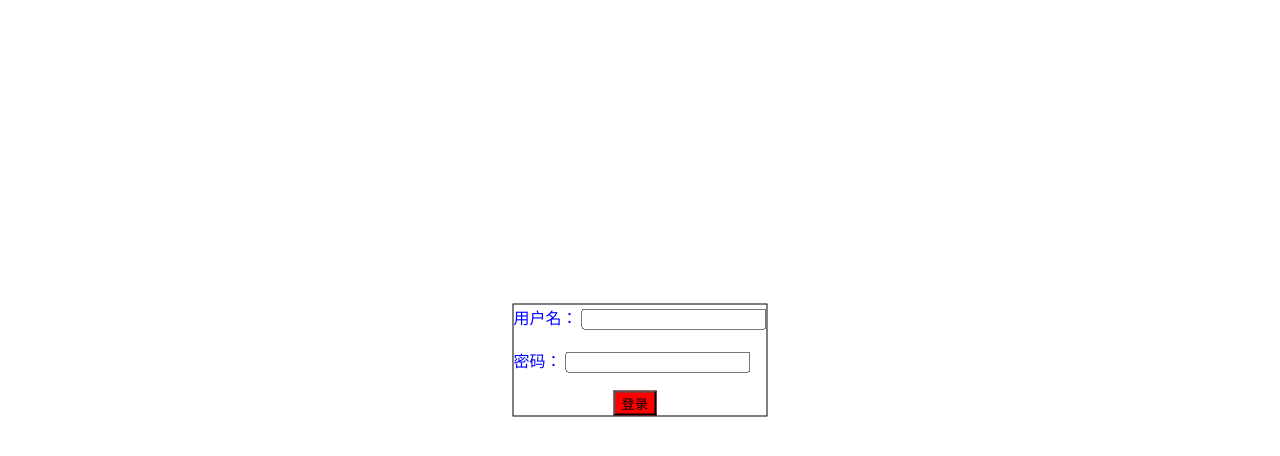
Repository: guirui-li/StudyJavaWeb
Page: http://localhost/JavawebTest/experiment02/login.jsp
The author's editor kept a copy of each file at every save. The page is drawn from the files as they stood at one save, then again after the next save.
The browser window is 1280 px wide. The pictures show the whole page.
The page is served by Tomcat 9. Other server files are loaded and not shown.

Above is the page before, as saved 2019-05-03 06:03:57.

### JavawebTest/WebContent/experiment02/login.jsp
<%@ page language="java" contentType="text/html; charset=UTF-8"
    pageEncoding="UTF-8"%>
<!DOCTYPE html>
<html>
<head>
<meta charset="UTF-8">
<title>login页面</title>
	<style type="text/css">
		body{
			margin: 0;
			padding: 0;
			color: blue;
		}
		label{
			width: 100px;
			text-align: justify;
		}
		#form1{
			border: 1px solid black;
			position:absolute;
			top:50%;
			left:50%;
			transform:translate(-50%,-50%);
		}
		#submit{
			margin-left: 100px;
			background-color: red;
		}
	</style>
</head>
<body>
	<%
		String name=request.getParameter("name");
		String psw=request.getParameter("psw");
		if(name==null||psw==null){
			name="";
			psw="";
		}
	%>
	<form action="dologin.jsp" id="form1" method="post">
		<label>用户名：</label>
			<input type="text" name="name" value="<%=name %>"/>
			<br><br>
		<label>密码：</label>
			<input type="text" name="psw" value="<%=psw %>"/>
			<br><br>
		<input type="submit" name="Submit" value="登录" id="submit"/>
	</form>
</body>
</html>

After the next save:
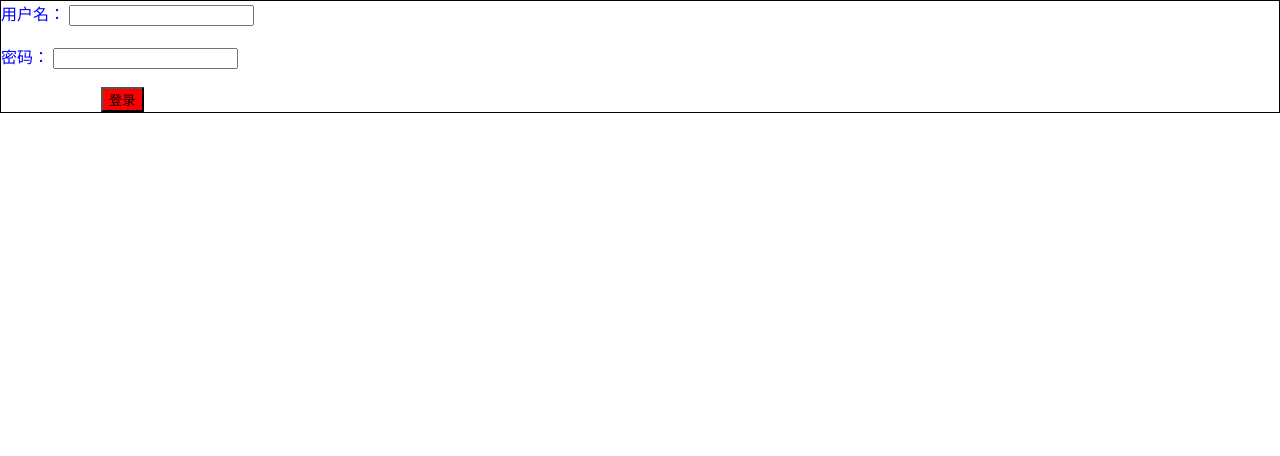
Saved 102 s later.
--- a/JavawebTest/WebContent/experiment02/login.jsp
+++ b/JavawebTest/WebContent/experiment02/login.jsp
@@ -17,10 +17,7 @@
 		}
 		#form1{
 			border: 1px solid black;
-			position:absolute;
-			top:50%;
-			left:50%;
-			transform:translate(-50%,-50%);
+			margin: auto;
 		}
 		#submit{
 			margin-left: 100px;

After the save that followed:
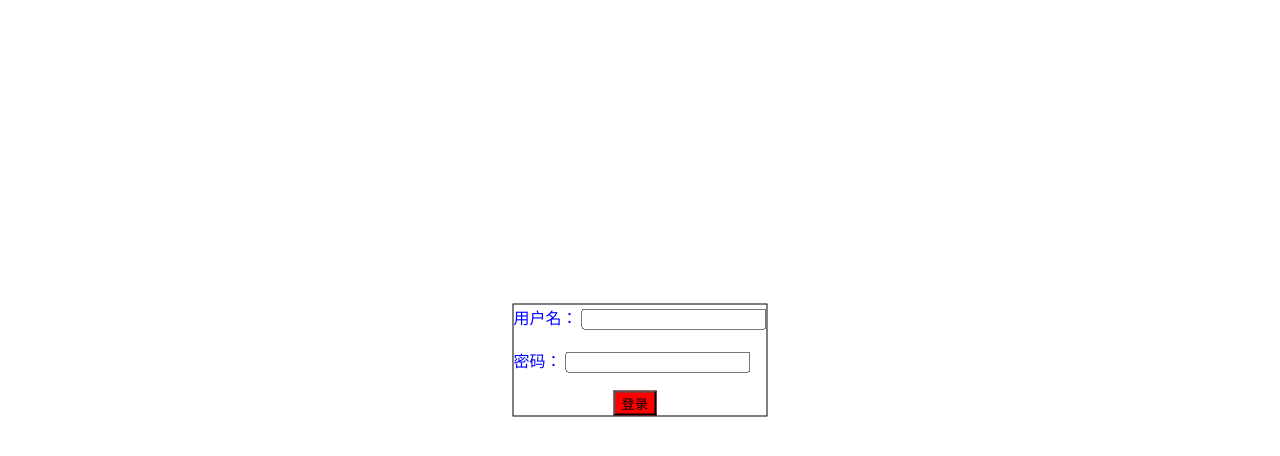
Saved 32 s later.
--- a/JavawebTest/WebContent/experiment02/login.jsp
+++ b/JavawebTest/WebContent/experiment02/login.jsp
@@ -17,7 +17,10 @@
 		}
 		#form1{
 			border: 1px solid black;
-			margin: auto;
+			position:absolute;
+			top:50%;
+			left:50%;
+			transform:translate(-50%,-50%);
 		}
 		#submit{
 			margin-left: 100px;
